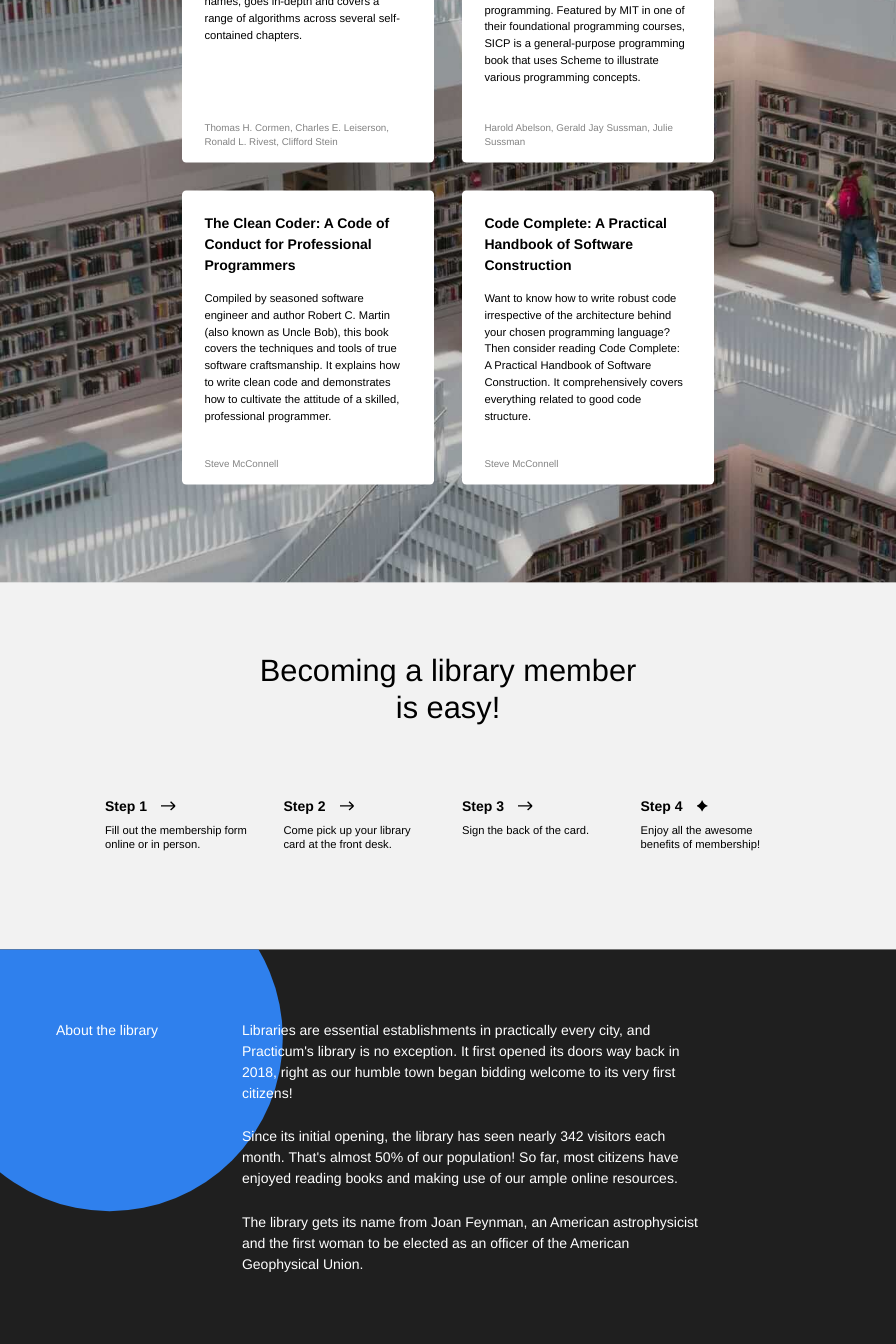
Repository: MWilliams-26/se_project_library
Page: index.html
The author's editor kept a copy of each file at every save. The page is drawn from the files as they stood at one save, then again after the next save.
The browser window is 1280 px wide. The pictures show the part of the page from y = 2006 to 3926 px (the page is 3926 px tall), at 70% of full size.

Above is the page before, as saved 2023-04-04 12:23:11.

After the next save:
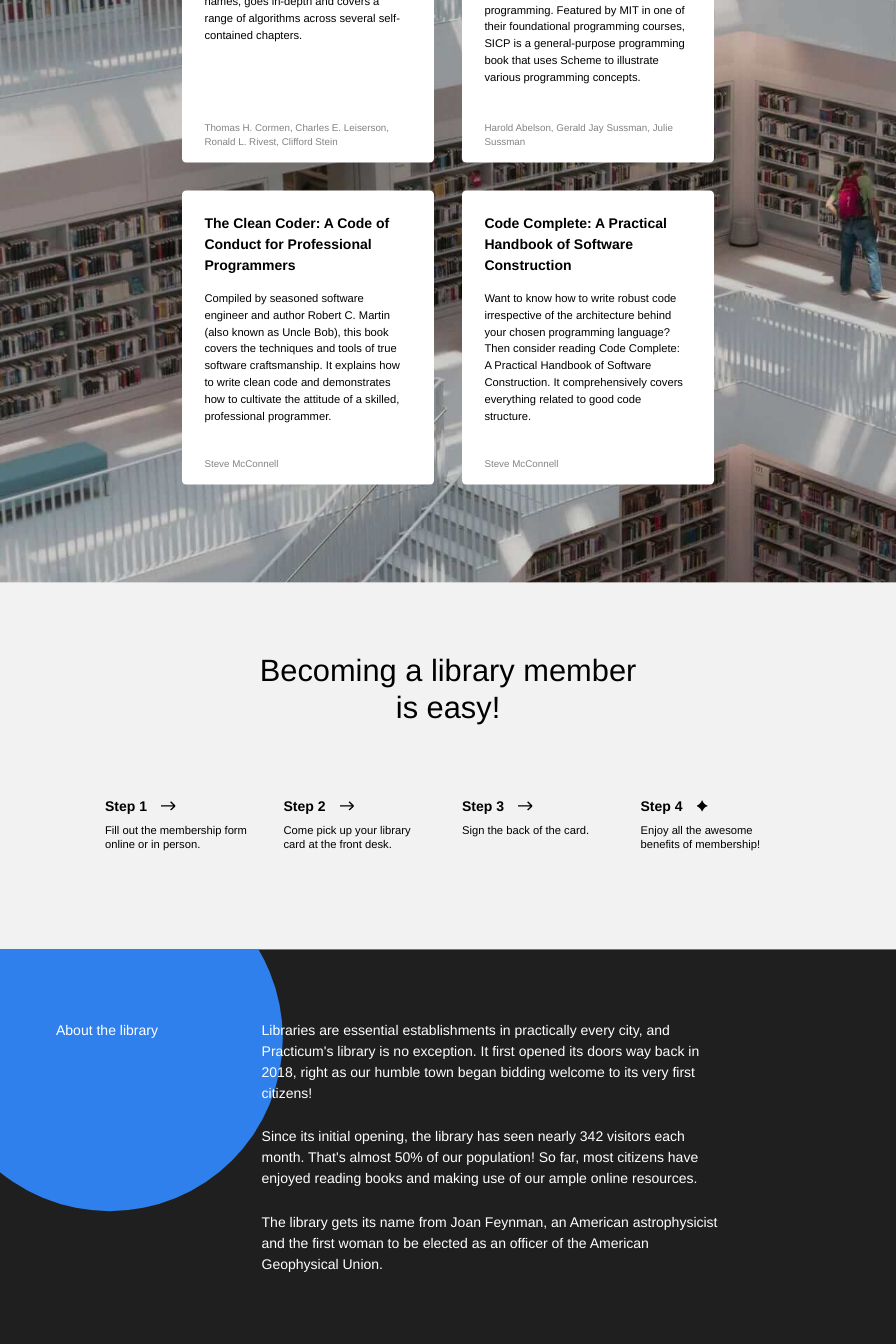
Saved 2 min 11 s later.
--- a/styles/style.css
+++ b/styles/style.css
@@ -377,6 +377,7 @@
   display: flex;
   flex-direction: column;
   margin-left: 120px;
+  padding-left: 28px;
   z-index: 2;
 }
 
